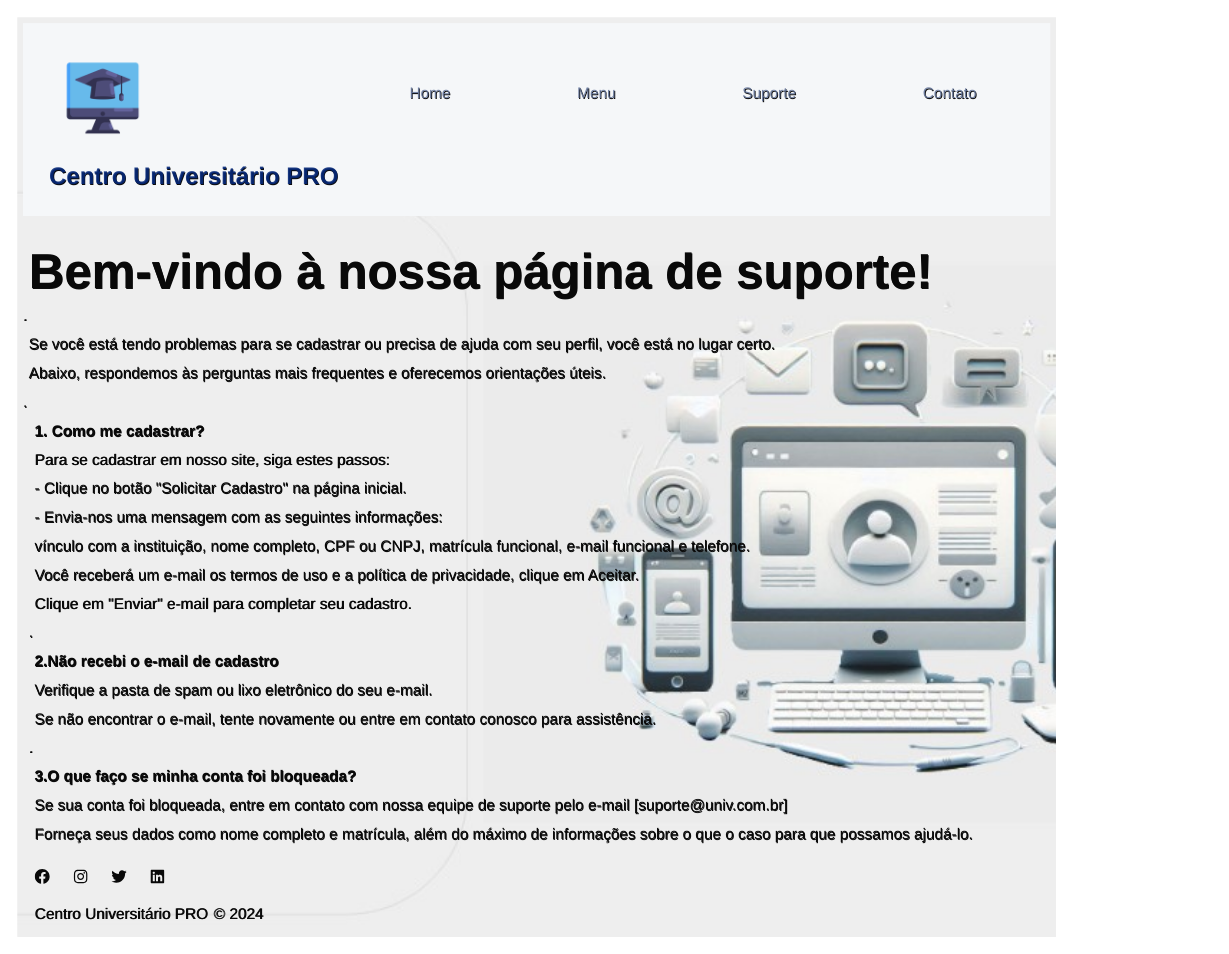
Repository: DanuziaRA/Cadastros-de-Usuarios
Page: /suporte
An editor plug-in stored every save of this project. The page is shown before and after a run of saves, followed by the edit.
The browser window is 1280 px wide. The pictures show the whole page, at 96% of full size.
The project was rebuilt for these pictures with package versions that can differ from the ones it lists, and the page was loaded fresh each time. Also part of the build but not shown: vite.config.js, src/components/Footer.css, src/router/Contact.jsx, src/router/ErrorPage.jsx, src/router/ContactDetails.jsx, src/router/Login.css, src/router/Login.jsx, src/router/Menu.jsx and 10 more.

Above is the page before, as saved 2024-10-02 16:42:30.

After the next 2 saves:
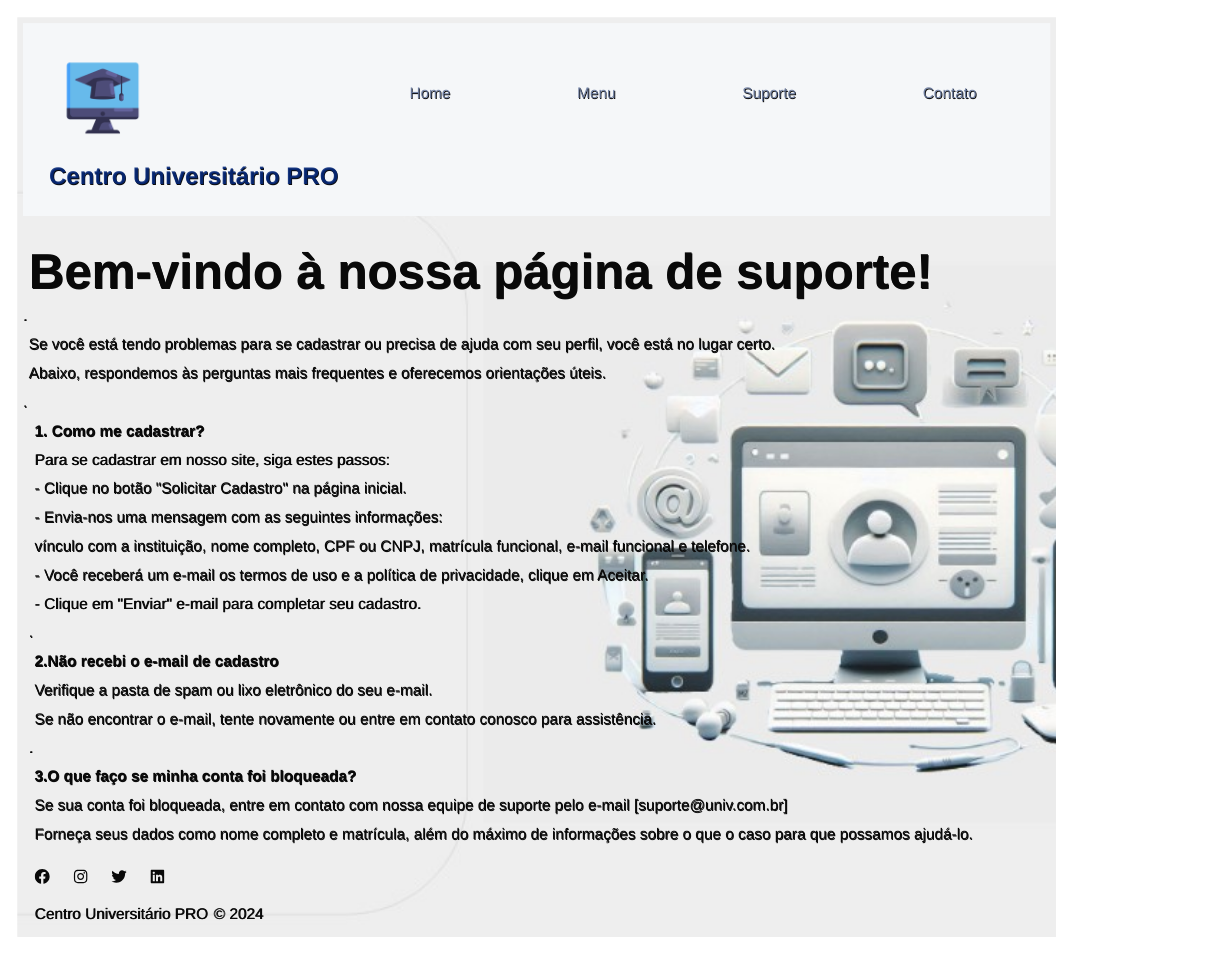
The 2 saves are shown as one change because they came seconds apart.
The last was saved 6 s later.
--- a/src/router/Suporte.jsx
+++ b/src/router/Suporte.jsx
@@ -15,8 +15,8 @@ function Suporte() {
 <p>- Clique no botão "Solicitar Cadastro" na página inicial.</p>
 <p>- Envia-nos uma mensagem com as seguintes informações:</p>
 <p>vínculo com a instituição, nome completo, CPF ou CNPJ, matrícula funcional, e-mail funcional e telefone.</p>
-<p>Você receberá um e-mail os termos de uso e a política de privacidade, clique em Aceitar.</p>
-<p>Clique em "Enviar" e-mail para completar seu cadastro.</p>.
+<p>- Você receberá um e-mail os termos de uso e a política de privacidade, clique em Aceitar.</p>
+<p>- Clique em "Enviar" e-mail para completar seu cadastro.</p>.
 </div>
 
 <div>
